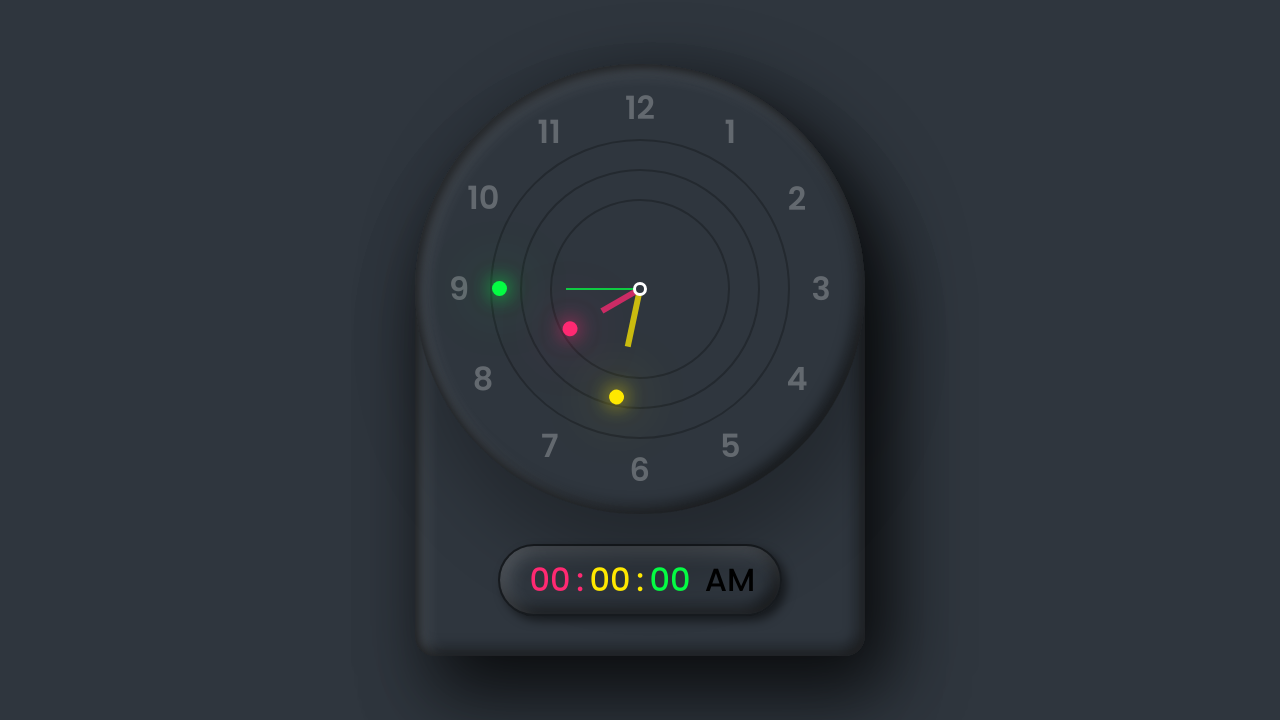
Repository: didierganthier/Clock-Design
Page: index.html
An editor plug-in stored every save of this project. The page is shown before and after the next save, followed by the edit.
The browser window is 1280 px wide. The pictures show the whole page.

Above is the page before, as saved 2022-06-26 01:32:45.

After the next save:
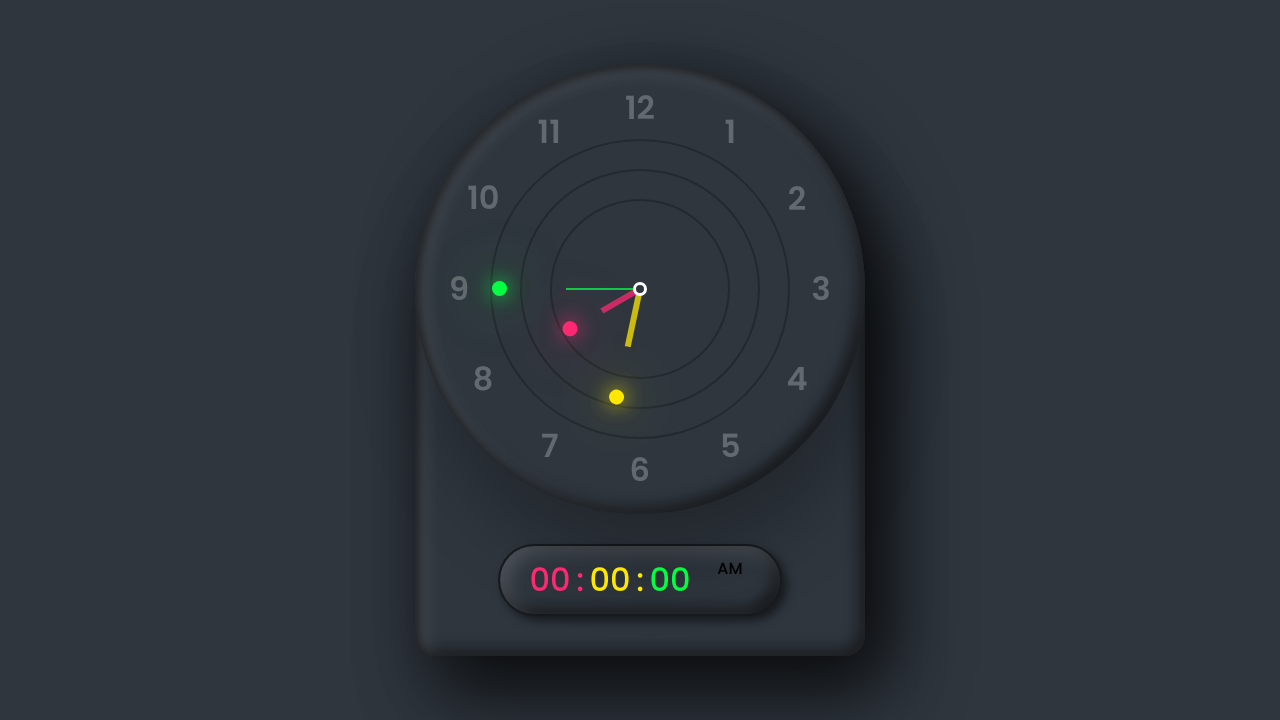
Saved 40 s later.
--- a/styles.css
+++ b/styles.css
@@ -158,3 +158,7 @@ body {
     position: absolute;
     right: -4px;
 }
+
+#time div:last-child {
+    font-size: 0.5em;
+}
